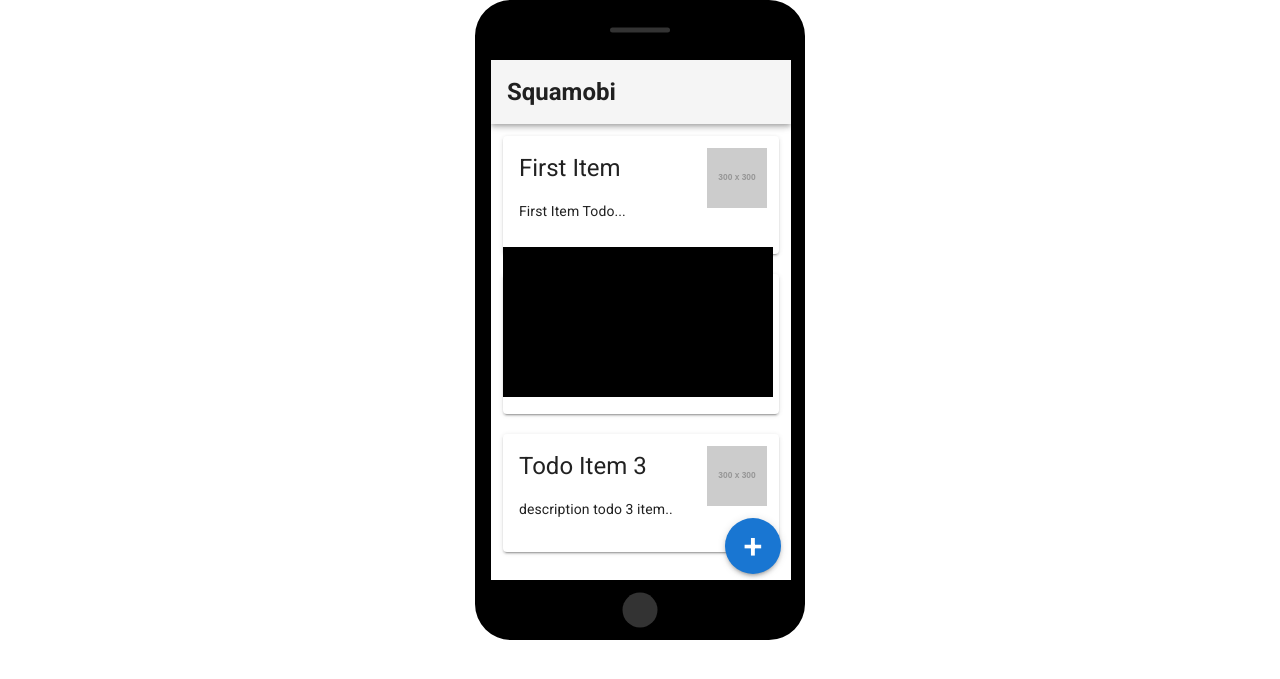
Repository: Keepnox/squamobi-interview
Page: /
These files come from the project's save history. The page is drawn as it stood at one moment and after the next save; the edit follows.
The browser window is 1280 px wide. The pictures show the whole page.
The project was rebuilt for these pictures with package versions that can differ from the ones it lists, and the page was loaded fresh each time. Also part of the build but not shown: vue.config.js. Imported but missing from the stored project, and not drawn on this page: src/views/About.vue.

Above is the page before, as saved 2022-01-15 23:40:26.

### src/App.vue
<template>
  <smartphone>
    <v-app>
    <v-main>
        <v-app-bar >
          <h2>Squamobi</h2>
        </v-app-bar>

      <!-- Provides the application the proper gutter -->
      <v-container fluid>

        <!-- If using vue-router -->
        <router-view></router-view>
      </v-container>
    </v-main>

  </v-app>
  </smartphone>

</template>

<script>
import Smartphone from './components/Smartphone.vue';

export default {
  name: 'App',

  components: {
    Smartphone,
  },

  data: () => ({
    //
  }),
};
</script>

### src/components/Smartphone.vue
<template>
  <div class="smartphone">
    <div class="content">
      <slot> </slot>
    </div>
  </div>
</template>

<style scoped>

.smartphone {
  position: relative;
  width: 330px;
  height: 640px;
  margin: auto;
  border: 16px black solid;
  border-top-width: 60px;
  border-bottom-width: 60px;
  border-radius: 36px;
}

/* The horizontal line on the top of the device */
.smartphone:before {
  content: '';
  display: block;
  width: 60px;
  height: 5px;
  position: absolute;
  top: -30px;
  left: 50%;
  transform: translate(-50%, -50%);
  background: #333;
  border-radius: 10px;
}

/* The circle on the bottom of the device */
.smartphone:after {
  content: '';
  display: block;
  width: 35px;
  height: 35px;
  position: absolute;
  left: 50%;
  bottom: -65px;
  transform: translate(-50%, -50%);
  background: #333;
  border-radius: 50%;
}

/* The screen (or content) of the device */
.smartphone .content {
  width: 300px;
  height: 520px;
  background: white;
}

.content > * {
  min-height: 100%;
  height: 100%;
}
</style>

### src/views/Home.vue
<template>
  <div id="listOuter">
    <TodoItem
      v-for="(t, index) in todoData"
      :key="index"
      :title="t.title"
      :desc="t.description"
      :image="t.image"
    ></TodoItem>

    <v-btn
          class="add-button"
          color="primary"
          elevation="3"
          fab
          v-on:click="dialog = !dialog"
        ><span style="font-size:34px;">+</span></v-btn>
        <div class="popup" v-if="dialog">
          <div>Add Todo</div>
          <input type="text" >
          <input type="text" >
        </div>
  </div>
</template>

<script>
// @ is an alias to /src

import TodoItem from '@/components/TodoItem.vue'

export default {
  name: 'Home',
  components: {TodoItem},
  data () {
    return {
      todoData: [],
      dialog: true,
    }
  },
  mounted () {
    this.todoData = JSON.parse(localStorage.getItem('todo'))
    console.log('selam')
  },
  created() {
    let defaultData = JSON.parse(localStorage.getItem('todo')) || [
        {
          title: "First Item",
          description: 'First Item Todo...',
          image: "https://unsplash.it/640/425?random"
        },
        {
          title: "Todo Item 2",
          description: 'Todo item 3.... lorem ipsum',
          image: "https://unsplash.it/640/425?random"
        },
        {
          title: "Todo Item 3",
          description: 'description todo 3 item..',
          image: "https://unsplash.it/640/425?random"
        },
      ]
    localStorage.setItem('todo', JSON.stringify(defaultData))
  }
}
</script>

<style >
.v-application--wrap {
  height: 100%;
  min-height: 100%;
}
.list-outer {
  position: relative;
  height: 100%;
  width: 100%;
}
.add-button {
  position: absolute;
  right: 10px;
  bottom: 10px;
}
.popup {
  position: absolute;
  height: 150px;
  width: 90%;
  top: 50%;
  transform: translateY(-50%);
  background-color: black;
}
</style>

### src/components/TodoItem.vue
<template>
    <v-card class="mb-5">
      <div class="d-flex flex-no-wrap justify-space-between">
        <div>
          <v-card-title class="text-h5" v-text="title"></v-card-title>

          <v-card-text > {{desc}} </v-card-text>
          <v-card-actions>
          </v-card-actions>
        </div>

        <v-avatar
          class="ma-3"
          size="60"
          tile
        >
          <v-img src="http://placehold.it/300"></v-img>
        </v-avatar>
      </div>
    </v-card>
</template>
<script>
export default {
  props: ["desc", "title", "image"],
  mounted() {
    console.log(this.items)
  }
}
</script>

Loaded but not shown: public/index.html (common file); src/main.js (common file); src/plugins/vuetify.js (common file); src/router/index.js (common file)

After the next save:
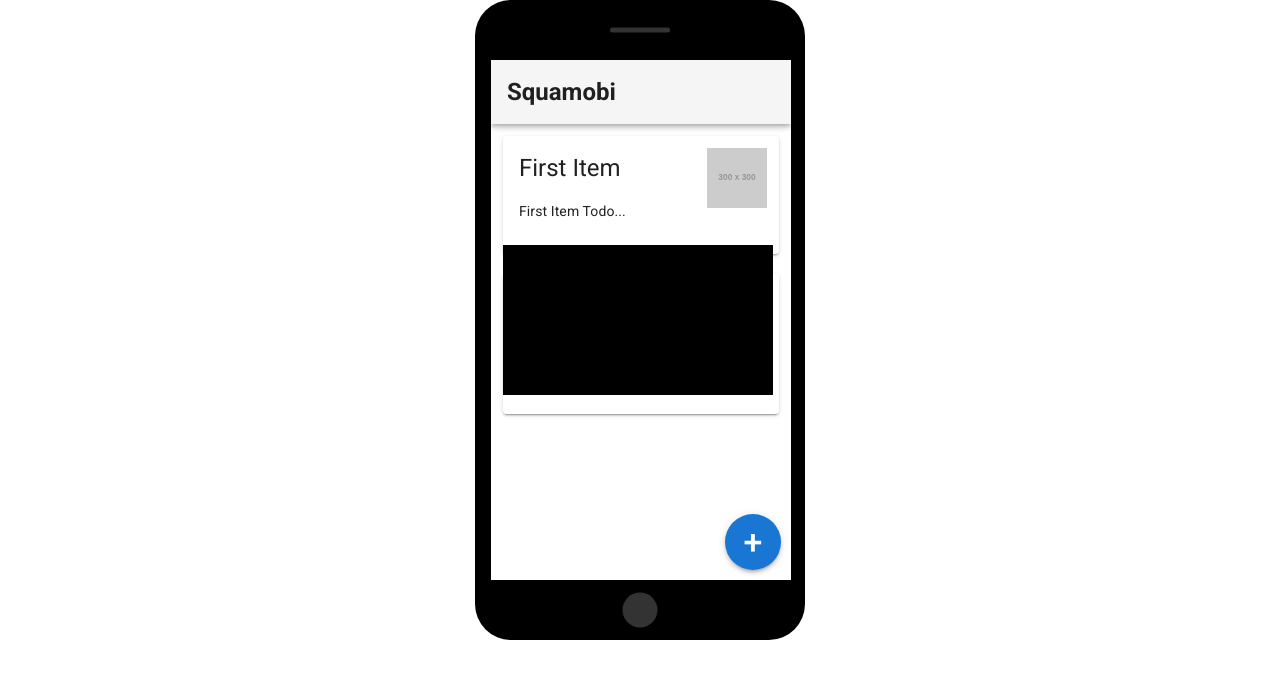
Saved 7 s later.
--- a/src/views/Home.vue
+++ b/src/views/Home.vue
@@ -52,12 +52,7 @@ export default {
           title: "Todo Item 2",
           description: 'Todo item 3.... lorem ipsum',
           image: "https://unsplash.it/640/425?random"
-        },
-        {
-          title: "Todo Item 3",
-          description: 'description todo 3 item..',
-          image: "https://unsplash.it/640/425?random"
-        },
+        }
       ]
     localStorage.setItem('todo', JSON.stringify(defaultData))
   }
